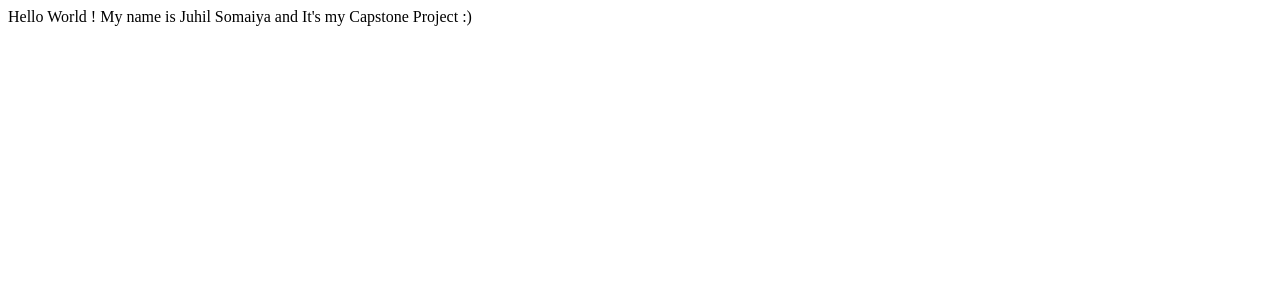
Repository: juhilsomaiya/udacity-project5-aws-capstone
Page: http://localhost/
The author's editor kept a record of every edit. The page is drawn from the files as they stood at one moment, then again after the next edit.
The browser window is 1280 px wide. The pictures show the whole page.
The page is served by the project's Node server (app/index.js).

Above is the page before.

### app/index.js
const express = require('express');
const app = express();
const port = process.env.PORT || 80;

app.get('/', (request, response) => {
    return response.send("Hello World ! My name is Juhil Somaiya and It's my Capstone Project :)");
});

app.listen(port, () => {
    console.log('Express server running on port: ' + port);
});

### app/static/index.html
<html>

<head>
    <title>Udacity Cloud DevOps</title>
</head>

<body>
    <p>Hello, I'm Juhil Somaiya</p>
    <p>This is part of project 5 of cloud devops nano degree.</p>
    <p>Really, this was an amazing journey starting from the first day of challange phase to this day with lots of learning, troubleshooting and error solving experience</p>
</body>

</html>

After the next edit:
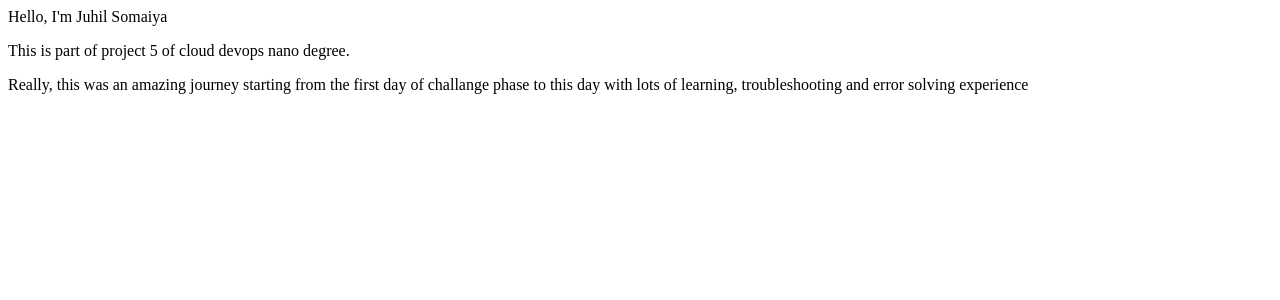
The edit:
--- a/app/index.js
+++ b/app/index.js
@@ -1,6 +1,7 @@
 const express = require('express');
 const app = express();
 const port = process.env.PORT || 80;
+app.use(express.static('static'));
 
 app.get('/', (request, response) => {
     return response.send("Hello World ! My name is Juhil Somaiya and It's my Capstone Project :)");
